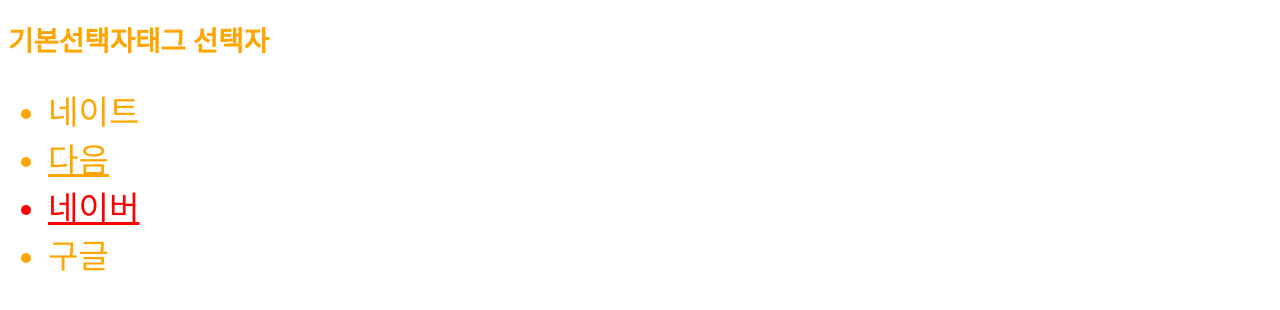
Repository: KangSuA/JSP
Page: webApp/src/main/webapp/jquery/jq03_select.html
An editor plug-in stored every save of this project. The page is shown before and after the next save, followed by the edit.
The browser window is 1280 px wide. The pictures show the whole page.

Above is the page before, as saved 2023-02-14 04:41:36.

### webApp/src/main/webapp/jquery/jq03_select.html
<!DOCTYPE html>
<html>
<head>
<meta charset="UTF-8">
<title>Insert title here</title>
<script src="https://cdnjs.cloudflare.com/ajax/libs/jquery/3.6.3/jquery.min.js" ></script>
<script>
	//document.getElementById('site').style.fontsize='2em';
	$(function(){
		// * : 전체 선택자
		$('*').css('color','orange').css('font-size','1.2em');
		// 태그 선택자
		$('h1').append('태그 선택자');
		$('li.addr').css('text-decoration','underline');
		$('#site>li.sub').css('color','red');
	});
</script>
<style>
	#site{
		/*font-size:2em;*/
	}
</style>
</head>
<body>
<h1>기본선택자</h1>
<ul id="site">
	<li>네이트</li>
	<li class="addr">다음</li>
	<li class="addr sub">네이버</li>
	<li>구글</li>
</ul>
</body>
</html>

After the next save:
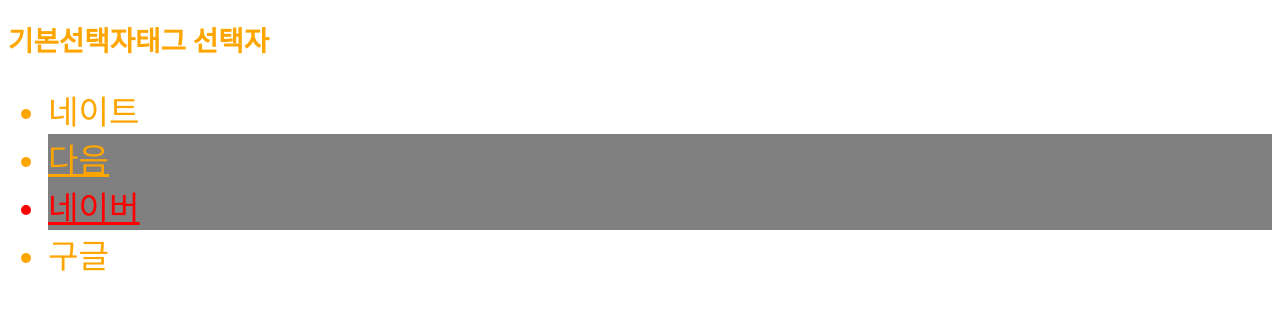
Saved 52 s later.
--- a/webApp/src/main/webapp/jquery/jq03_select.html
+++ b/webApp/src/main/webapp/jquery/jq03_select.html
@@ -13,6 +13,7 @@
 		$('h1').append('태그 선택자');
 		$('li.addr').css('text-decoration','underline');
 		$('#site>li.sub').css('color','red');
+		$('body li.addr').css('background-color','gray');
 	});
 </script>
 <style>
